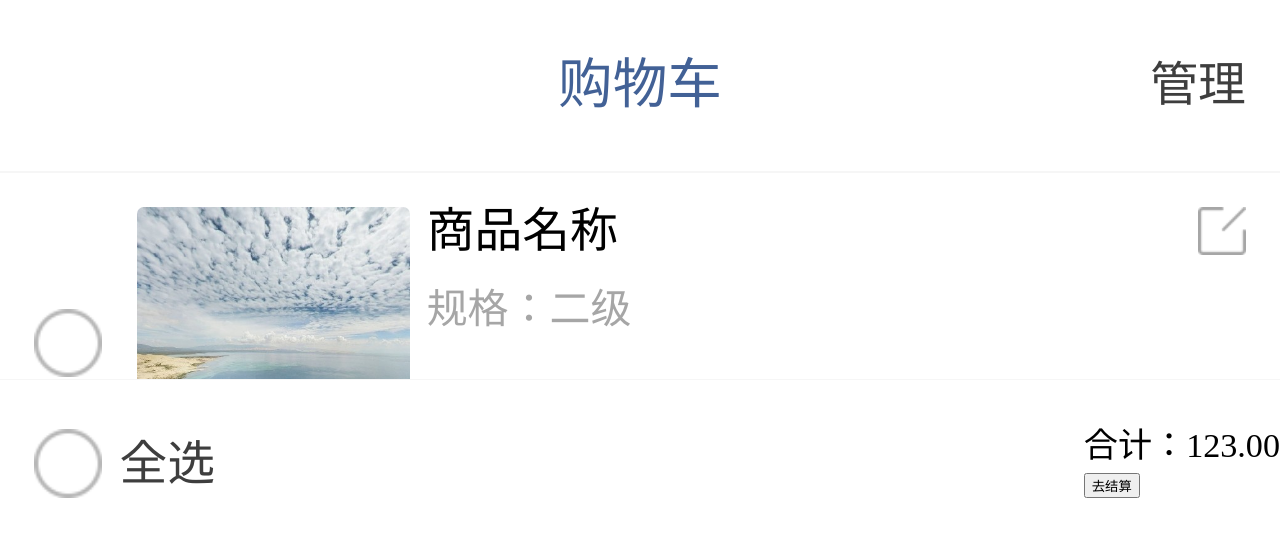
Repository: 421538074/sell
Page: consumer/shop-cart.html
These files come from the project's save history. The page is drawn as it stood at one moment and after the next save; the edit follows.
The browser window is 1280 px wide. The pictures show the whole page.

Above is the page before, as saved 2019-06-03 14:17:29.

After the next save:
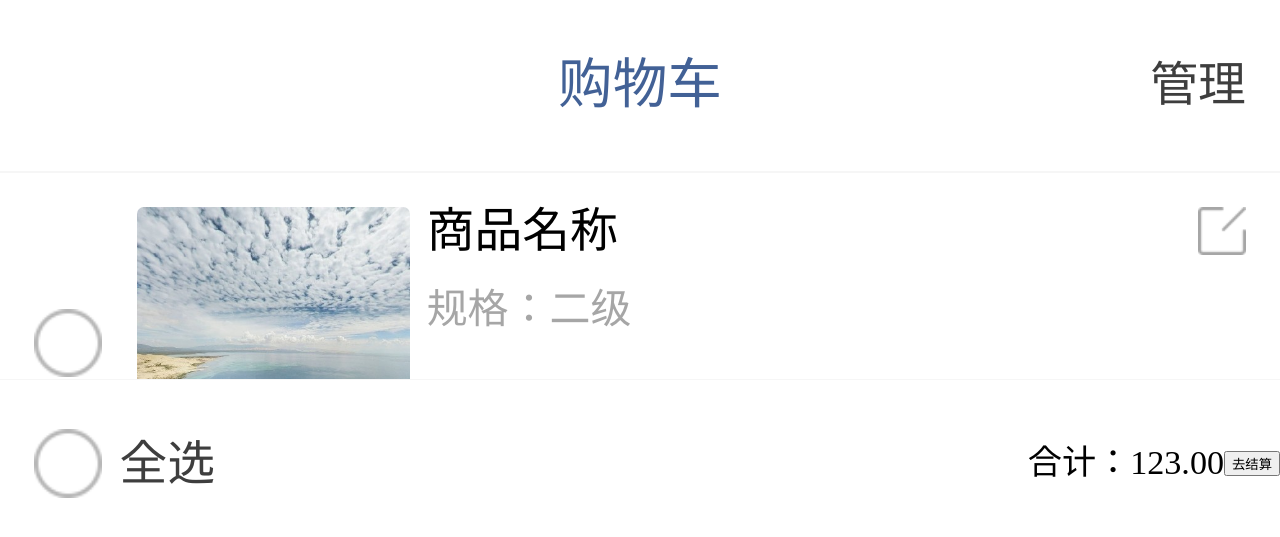
Saved 3 min 47 s later.
--- a/consumer/css/shop-cart.css
+++ b/consumer/css/shop-cart.css
@@ -127,3 +127,8 @@ span.title {
     font-size: 1.4rem;
     margin-left: 0.5rem;
 }
+.total-money-settle {
+    display: flex;
+    align-items: center;
+    justify-content: space-between;
+}
